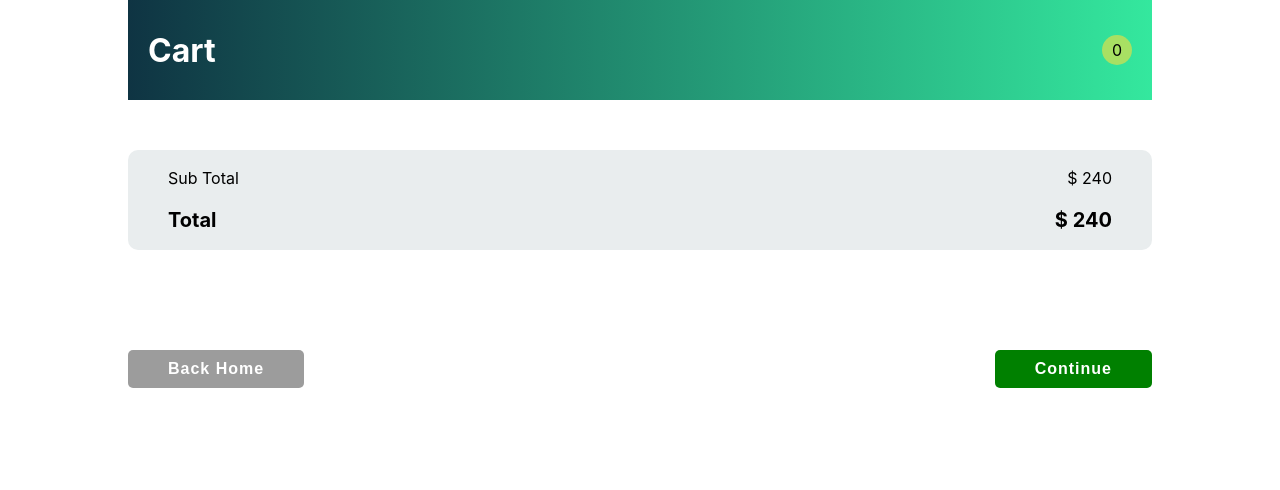
Repository: Yowani24/CarbonApp
Page: /cart
The author's editor kept a copy of each file at every save. The page is drawn from the files as they stood at one save, then again after the next save.
The browser window is 1280 px wide. The pictures show the whole page.
The project was rebuilt for these pictures with package versions that can differ from the ones it lists, and the page was loaded fresh each time. The framework's server and built-in components were replaced by stand-ins that run in the browser. Also part of the build but not shown: next.config.js.

Above is the page before, as saved 2021-09-27 12:32:07.

After the next save:
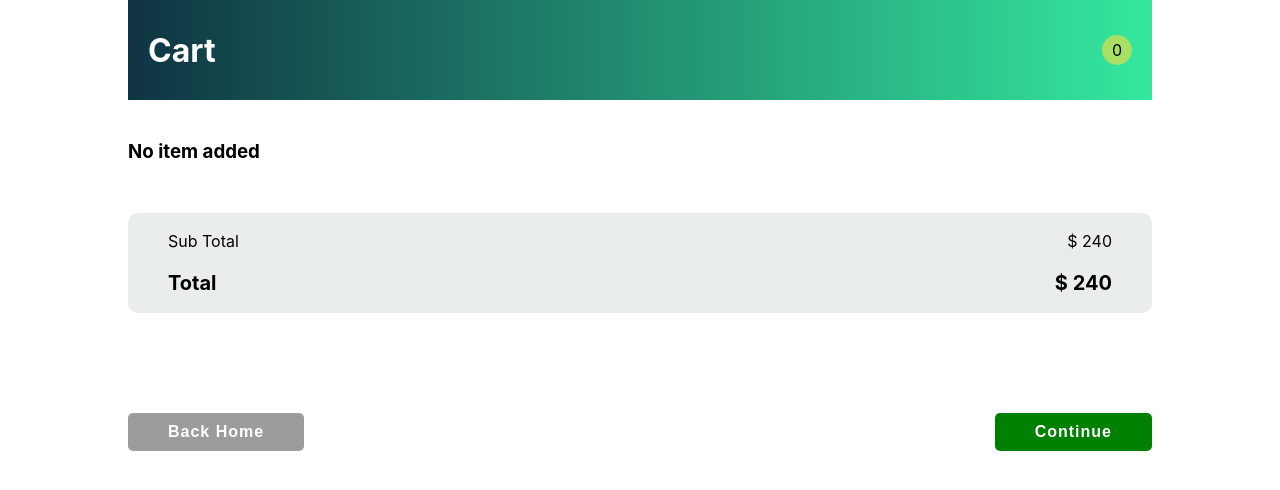
Saved 9 min 36 s later.
--- a/pages/cart/index.js
+++ b/pages/cart/index.js
@@ -27,6 +27,7 @@ export default function Cart(props) {
           <section>
               <div className={styles.interface}>
                   <div className={styles.boxes}>
+                      {cartItems.length === 0 && <h3>No item added</h3>}
                       {cartItems.map(item => (
                           <div className={styles.content_box}>
                           <div className={styles.box}>
